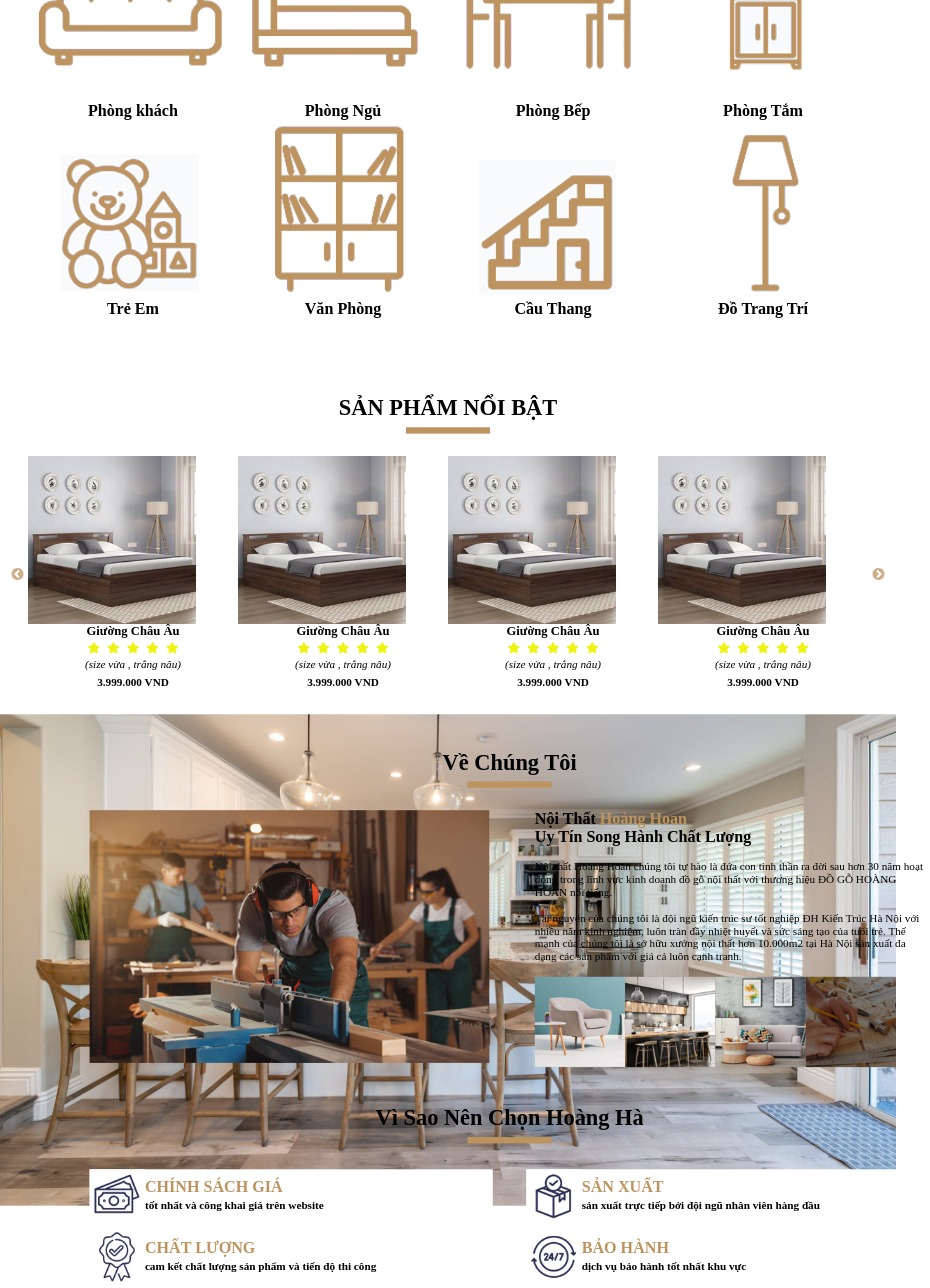
Repository: LDDUNG2003/front_end
Page: index.html
These files come from the project's save history. The page is drawn as it stood at one moment and after the next save; the edit follows.
The browser window is 1280 px wide. The page is 1328 px wide, so the pictures cover 1328 px, including what lies to the right of the window. The pictures show the part of the page from y = 738 to 2578 px (the page is 2578 px tall), at 70% of full size.
Some web libraries are served in a nearby version.

Above is the page before, as saved 2023-08-29 10:59:13.

### index.html
<!DOCTYPE html>
<html lang="en">

<head>
    <meta charset="UTF-8">
    <meta name="viewport" content="width=device-width, initial-scale=1.0">
    <title>Document</title>
    <link rel="stylesheet" href="https://cdnjs.cloudflare.com/ajax/libs/font-awesome/6.4.2/css/all.min.css" integrity="sha512-z3gLpd7yknf1YoNbCzqRKc4qyor8gaKU1qmn+CShxbuBusANI9QpRohGBreCFkKxLhei6S9CQXFEbbKuqLg0DA==" crossorigin="anonymous" referrerpolicy="no-referrer"
    />
    <link rel="stylesheet" type="text/css" href="//cdn.jsdelivr.net/npm/slick-carousel@1.8.1/slick/slick.css" />
    <link rel="stylesheet" type="text/css" href="//cdn.jsdelivr.net/npm/slick-carousel@1.8.1/slick/slick-theme.css" />
    <link rel="stylesheet" href="./public/css/base.css">
    <link rel="stylesheet" href="./public/css/home.css">
    <script src="https://kit.fontawesome.com/9ffed7d99e.js" crossorigin="anonymous"></script>
</head>

<>
    <div class="main">
        <div class="header">
            <div class="navBar">
                <img src="./public/img/logo.png" alt="logo" class="logo">
                <ul class="navBar__list">
                    <li class="navBar__list-item"><a href="" class="navBar__list--link">trang chủ</a></li>
                    <li class="navBar__list-item">
                        <a href="" class="navBar__list--link">giới thiệu</a>
                    </li>
                    <li class="navBar__list-item">
                        <a href="" class="navBar__list--link">sản phẩm</a>
                    </li>
                    <li class="navBar__list-item">
                        <a href="" class="navBar__list--link">đối tác</a>
                    </li>
                    <li class="navBar__list-item">
                        <a href="" class="navBar__list--link">tin tức</a>
                    </li>
                    <li class="navBar__list-item">
                        <a href="" class="navBar__list--link">liên hệ</a>
                    </li>
                </ul>
            </div>
        </div>
        <div class="content">
            <div class="content__banner">
                <div class="content--list-image">
                    <img class="content--image" src="./public/img/banner.png" alt="">
                </div>
                <div class="banner--content">
                    <h2 class="banner--content-text-title">THẾ GIỚI NỘI THẤT SỐ 1 VIỆT NAM</h2>
                    <h2 class="banner--content-text-title" style="color: var(--primary-color)">hoàng hoan</h2>
                    <p class="banner--content-text">Sứ mệnh của chúng tôi là kết hợp hài hòa giữa ý tưởng và mong muốn của khách hàng, đem lại những phút giây thư giãn tuyệt vời bên gia đình và những người thân yêu.</p>
                    <button class="banner--button">LIÊN HỆ NGAY</button>
                </div>
            </div>
            <div class="content__focut">
                <ul class="focut--list">
                    <li class="focut--item">
                        <img src="./public/img/product/icon-phong-khach.png" alt="" class="focut--img">
                        <h6 class="focut--text">Phòng khách</h6>
                    </li>
                    <li class="focut--item">
                        <img src="./public/img/product/icon-phong-ngu.png" alt="" class="focut--img">
                        <h6 class="focut--text">Phòng Ngủ</h6>
                    </li>
                    <li class="focut--item">
                        <img src="./public/img/product/icon-phong-bep.png" alt="" class="focut--img">
                        <h6 class="focut--text">Phòng Bếp</h6>
                    </li>
                    <li class="focut--item">
                        <img src="./public/img/product/icon-phong-tam.png" alt="" class="focut--img">
                        <h6 class="focut--text">Phòng Tắm</h6>
                    </li>
                    <li class="focut--item">
                        <img src="./public/img/product/icon-tre-em.png" alt="" class="focut--img">
                        <h6 class="focut--text">Trẻ Em</h6>
                    </li>
                    <li class="focut--item">
                        <img src="./public/img/product/icon-van-phong.png" alt="" class="focut--img">
                        <h6 class="focut--text">Văn Phòng</h6>
                    </li>
                    <li class="focut--item">
                        <img src="./public/img/product/icon-cau-thang.png" alt="" class="focut--img">
                        <h6 class="focut--text">Cầu Thang</h6>
                    </li>
                    <li class="focut--item">
                        <img src="./public/img/product/icon-do-trang-tri.png" alt="" class="focut--img">
                        <h6 class="focut--text">Đồ Trang Trí</h6>
                    </li>
                </ul>
            </div>
            <div class="content__featured">
                <h2 class="content--title">SẢN PHẨM NỔI BẬT</h2>
                <ul class="featured--list" data-slick='{"slidesToShow": 4, "slidesToScroll": 4}'>
                    <li class="featured--item">
                        <img src="./public/img/featured/giuong-ngu.png" alt="" class="featured--img">
                        <div class="featured--content">
                            <h5 class="featured-name">Giường Châu Âu</h5>
                            <ul class="evaluate--list">
                                <li><i class="fa-solid fa-star" style="color: #eff312;"></i></li>
                                <li><i class="fa-solid fa-star" style="color: #eff312;"></i></li>
                                <li><i class="fa-solid fa-star" style="color: #eff312;"></i></li>
                                <li><i class="fa-solid fa-star" style="color: #eff312;"></i></li>
                                <li><i class="fa-solid fa-star" style="color: #eff312;"></i></li>
                            </ul>
                            <i class="note-product">(size vừa , trắng nâu)</i>
                            <p class="price-product">3.999.000 VND</p>
                        </div>
                    </li>
                    <li class="featured--item">
                        <img src="./public/img/featured/giuong-ngu.png" alt="" class="featured--img">
                        <div class="featured--content">
                            <h5 class="featured-name">Giường Châu Âu</h5>
                            <ul class="evaluate--list">
                                <li><i class="fa-solid fa-star" style="color: #eff312;"></i></li>
                                <li><i class="fa-solid fa-star" style="color: #eff312;"></i></li>
                                <li><i class="fa-solid fa-star" style="color: #eff312;"></i></li>
                                <li><i class="fa-solid fa-star" style="color: #eff312;"></i></li>
                                <li><i class="fa-solid fa-star" style="color: #eff312;"></i></li>
                            </ul>
                            <i class="note-product">(size vừa , trắng nâu)</i>
                            <p class="price-product">3.999.000 VND</p>
                        </div>
                    </li>
                    <li class="featured--item">
                        <img src="./public/img/featured/giuong-ngu.png" alt="" class="featured--img">
                        <div class="featured--content">
                            <h5 class="featured-name">Giường Châu Âu</h5>
                            <ul class="evaluate--list">
                                <li><i class="fa-solid fa-star" style="color: #eff312;"></i></li>
                                <li><i class="fa-solid fa-star" style="color: #eff312;"></i></li>
                                <li><i class="fa-solid fa-star" style="color: #eff312;"></i></li>
                                <li><i class="fa-solid fa-star" style="color: #eff312;"></i></li>
                                <li><i class="fa-solid fa-star" style="color: #eff312;"></i></li>
                            </ul>
                            <i class="note-product">(size vừa , trắng nâu)</i>
                            <p class="price-product">3.999.000 VND</p>
                        </div>
                    </li>
                    <li class="featured--item">
                        <img src="./public/img/featured/giuong-ngu.png" alt="" class="featured--img">
                        <div class="featured--content">
                            <h5 class="featured-name">Giường Châu Âu</h5>
                            <ul class="evaluate--list">
                                <li><i class="fa-solid fa-star" style="color: #eff312;"></i></li>
                                <li><i class="fa-solid fa-star" style="color: #eff312;"></i></li>
                                <li><i class="fa-solid fa-star" style="color: #eff312;"></i></li>
                                <li><i class="fa-solid fa-star" style="color: #eff312;"></i></li>
                                <li><i class="fa-solid fa-star" style="color: #eff312;"></i></li>
                            </ul>
                            <i class="note-product">(size vừa , trắng nâu)</i>
                            <p class="price-product">3.999.000 VND</p>
                        </div>
                    </li>
                    <li class="featured--item">
                        <img src="./public/img/featured/giuong-ngu.png" alt="" class="featured--img">
                        <div class="featured--content">
                            <h5 class="featured-name">Giường Châu Âu</h5>
                            <ul class="evaluate--list">
                                <li><i class="fa-solid fa-star" style="color: #eff312;"></i></li>
                                <li><i class="fa-solid fa-star" style="color: #eff312;"></i></li>
                                <li><i class="fa-solid fa-star" style="color: #eff312;"></i></li>
                                <li><i class="fa-solid fa-star" style="color: #eff312;"></i></li>
                                <li><i class="fa-solid fa-star" style="color: #eff312;"></i></li>
                            </ul>
                            <i class="note-product">(size vừa , trắng nâu)</i>
                            <p class="price-product">3.999.000 VND</p>
                        </div>
                    </li>
                </ul>
            </div>
            <div class="about__us">
                <div class="about--background">
                    <img src="./public/img/about/bg-about-us.jpg" alt="">
                </div>
                <div class="about__us-bag">
                    <div class="about-bag">
                        <div class="about__content ">
                            <h2 class="content--title ">Về Chúng Tôi</h2>
                            <div class="about--block ">
                                <div class="about--content ">
                                    <img src="./public/img/about/ve-chung-toi.jpg" alt=" ">
                                </div>
                                <div class="about--content ">
                                    <h4 class="about--content--title">Nội Thất <span style="color:var(--primary-color);">Hoàng Hoan</span>
                                        <br> Uy Tín Song Hành Chất Lượng
                                    </h4>
                                    <div class="about--text--list">
                                        <p class="about--text">Nội thất Hoàng Hoan chúng tôi tự hào là đứa con tinh thần ra đời sau hơn 30 năm hoạt động trong lĩnh vực kinh doanh đồ gỗ nội thất với thương hiệu ĐỒ GỖ HOÀNG HOAN nổi tiếng.</p>
                                        <p class="about--text">Tài nguyên của chúng tôi là đội ngũ kiến trúc sư tốt nghiệp ĐH Kiến Trúc Hà Nội với nhiều năm kinh nghiệm, luôn tràn đầy nhiệt huyết và sức sáng tạo của tuổi trẻ. Thế mạnh của chúng tôi là sở hữu xưởng nội thất
                                            hơn 10.000m2 tại Hà Nội sản xuất đa dạng các sản phẩm với giá cả luôn cạnh tranh.</p>
                                    </div>
                                    <ul class="about--list">
                                        <li class="about--item">
                                            <img src="./public/img/about/ve-chung-toi-1.jpg" alt="" class="about--img">
                                        </li>
                                        <li class="about--item">
                                            <img src="./public/img/about/ve-chung-toi-2.jpg" alt="" class="about--img">
                                        </li>
                                        <li class="about--item">
                                            <img src="./public/img/about/ve-chung-toi-3.jpg" alt="" class="about--img">
                                        </li>
                                        <li class="about--item">
                                            <img src="./public/img/about/ve-chung-toi-4.jpg" alt="" class="about--img">
                                        </li>
                                    </ul>
                                </div>
                            </div>
                        </div>
                        <div class="about__content ">
                            <h2 class="content--title ">Vì Sao Nên Chọn Hoàng Hà</h2>
                            <div class="choose__choose">
                                <ul class="choose--list">
                                    <li class="choose--item">
                                        <img src="./public/img/about/chinh-sach.jpg" alt="" class="choose-image">
                                        <div class="choose-contain">
                                            <h6 class="choose--content-title">Chính Sách Giá</h6>
                                            <p class="choose--text">tốt nhất và công khai giá trên website</p>
                                        </div>
                                    </li>
                                    <li class="choose--item">
                                        <img src="./public/img/about/san-pham.jpg" alt="" class="choose-image">
                                        <div class="choose-contain">
                                            <h6 class="choose--content-title">sản xuất</h6>
                                            <p class="choose--text">sản xuất trực tiếp bởi đội ngũ nhân viên hàng đầu</p>
                                        </div>
                                    </li>
                                    <li class="choose--item">
                                        <img src="./public/img/about/chat-luong.jpg" alt="" class="choose-image">
                                        <div class="choose-contain">
                                            <h6 class="choose--content-title">chất lượng</h6>
                                            <p class="choose--text">cam kết chất lượng sản phẩm và tiến độ thi công</p>
                                        </div>
                                    </li>
                                    <li class="choose--item">
                                        <img src="./public/img/about/bao-hanh.jpg " alt="" class="choose-image">
                                        <div class="choose-contain">
                                            <h6 class="choose--content-title">bảo hành</h6>
                                            <p class="choose--text">dịch vụ bảo hành tốt nhất khu vực</p>
                                        </div>
                                    </li>
                                </ul>
                            </div>
                        </div>
                    </div>
                </div>
            </div>
        </div>
        <div class="footer "></div>
    </div>
    <script type="text/javascript " src="//code.jquery.com/jquery-1.11.0.min.js "></script>
    <script type="text/javascript " src="//code.jquery.com/jquery-migrate-1.2.1.min.js "></script>
    <script type="text/javascript " src="//cdn.jsdelivr.net/npm/slick-carousel@1.8.1/slick/slick.min.js "></script>
    <script>
        $(document).ready(function() {
            $('.featured--list').slick();
        });
    </script>
    </body>

</html>

### public/css/base.css
* {
    padding: 0px;
    margin: 0px;
    font-family: "gotham-family";
}

:root {
    --primary-color: #bd945f;
    --text-color: #222222;
}


/* font setting */

@font-face {
    font-family: "gotham-family";
    src: url(../front/Gotham-Medium.otf);
    font-family: "gotham-linear";
    src: url(../front/Gotham-Thin.otf);
    font-family: "gotham-utral";
    src: url(../front/Gotham-Ultra.otf);
}

.main {
    width: 100%;
}

.header {
    padding: 10px 0px;
    margin: auto;
    width: 100%;
    max-width: 1200px;
}

.navBar {
    display: flex;
    width: 100%;
    justify-content: space-between;
}

.logo {
    height: 80px;
}

.navBar__list {
    display: flex;
    list-style: none;
    align-items: center;
}

.navBar__list-item {
    margin: 0 10px;
}

.navBar__list--link {
    text-transform: uppercase;
    font-size: 16px;
    color: var(--text-color);
    text-decoration: none;
}

.featured--content {}

.featured-name {
    font-size: 18px;
    text-transform: capitalize;
}

.evaluate--list {
    list-style: none;
    display: flex;
    justify-content: center;
}

.evaluate--list li {
    padding: 5px;
    margin: 0;
}

.note-product {}

.price-product {
    padding: 7px 0px;
    font-weight: 800;
    font-size: 16px;
}

.slick-prev:before,
.slick-next:before {
    color: var(--primary-color);
    width: 15px;
}

### public/css/home.css
.content {
    width: 100%;
    max-width: 1500px;
    margin: auto;
}

.content__banner {
    width: 100%;
    position: relative;
}

.content--list-image {
    width: 100%;
    max-width: 1500px;
    margin: auto;
}

.content--image {
    width: 100%;
}

.banner--content {
    position: absolute;
    top: 10%;
    left: 15%;
}

.banner--content-text-title {
    text-transform: uppercase;
    font-family: 800;
    font-family: "gotham-utral";
    font-size: 25px;
}

.banner--content-text {
    font-size: 18px;
    color: var(--text-color);
    width: 420px;
}

.banner--button {
    padding: 20px;
    color: aliceblue;
    background-color: var(--primary-color);
    border: none;
    font-family: "gotham-utral";
    font-size: 18px;
    cursor: pointer;
}

.content__focut {
    position: relative;
    background-color: #ffffff;
    top: -60px;
    max-width: 1200px;
    width: 100%;
    margin: auto;
}

.focut--list {
    margin: auto;
    display: flex;
    width: 100%;
    list-style: none;
    flex-wrap: wrap;
}

.focut--item {
    width: 25%;
    text-align: center;
}

.focut--img {
    width: 100%;
}

.focut--text {
    text-align: center;
    font-size: 23px;
}

.content--title {
    font-size: 32px;
    padding: 50px 0px;
    text-align: center;
    position: relative;
}

.content--title::before {
    content: '';
    background-color: var(--primary-color);
    width: 120px;
    height: 9px;
    position: absolute;
    top: 70%;
    right: 45%;
}

.content__featured {
    width: 100%;
    max-width: 1200px;
    margin: auto;
    padding-bottom: 30px;
}

.featured--list {
    width: 100%;
    list-style: none;
    display: flex;
    text-align: center;
}

.featured--item {}

.featured--img {
    width: 80%;
}

.about__us {
    width: 100%;
    max-width: 1500px;
    margin: auto;
    position: relative;
}

.about--background {
    width: 100%;
}

.about--background img {
    width: 100%;
    filter: drop-shadow(1);
}

.about__us-bag {
    position: absolute;
    top: 0px;
    width: 100%;
    max-width: 1200px;
    left: 10%;
}

.about__content {
    width: 100%;
}

.about--block {
    display: flex;
    justify-content: space-between;
}

.about--content {
    width: 47%;
}

.about--content--title {
    font-size: 23px;
}

.about--text--list {
    font-size: 16px;
    padding: 10px 0px;
}

.about--text {
    padding: 10px 0px;
}

.about--list {
    list-style: none;
    display: flex;
}

.about--item {}

.about--img {}

.choose__choose {
    width: 100%;
}

.choose--list {
    list-style: none;
    display: flex;
    flex-wrap: wrap;
    justify-content: space-between;
}

.choose--item {
    align-items: center;
    margin: 5px 0px;
    width: 48%;
    display: flex;
    background-color: #ffffff;
}

.choose-contain {}

.choose--content-title {
    color: var(--primary-color);
    font-size: 23px;
    text-transform: uppercase;
    font-weight: 800;
}

.choose--text {
    font-weight: 700;
    font-size: 16px;
    padding: 5px 0px;
}

After the next save:
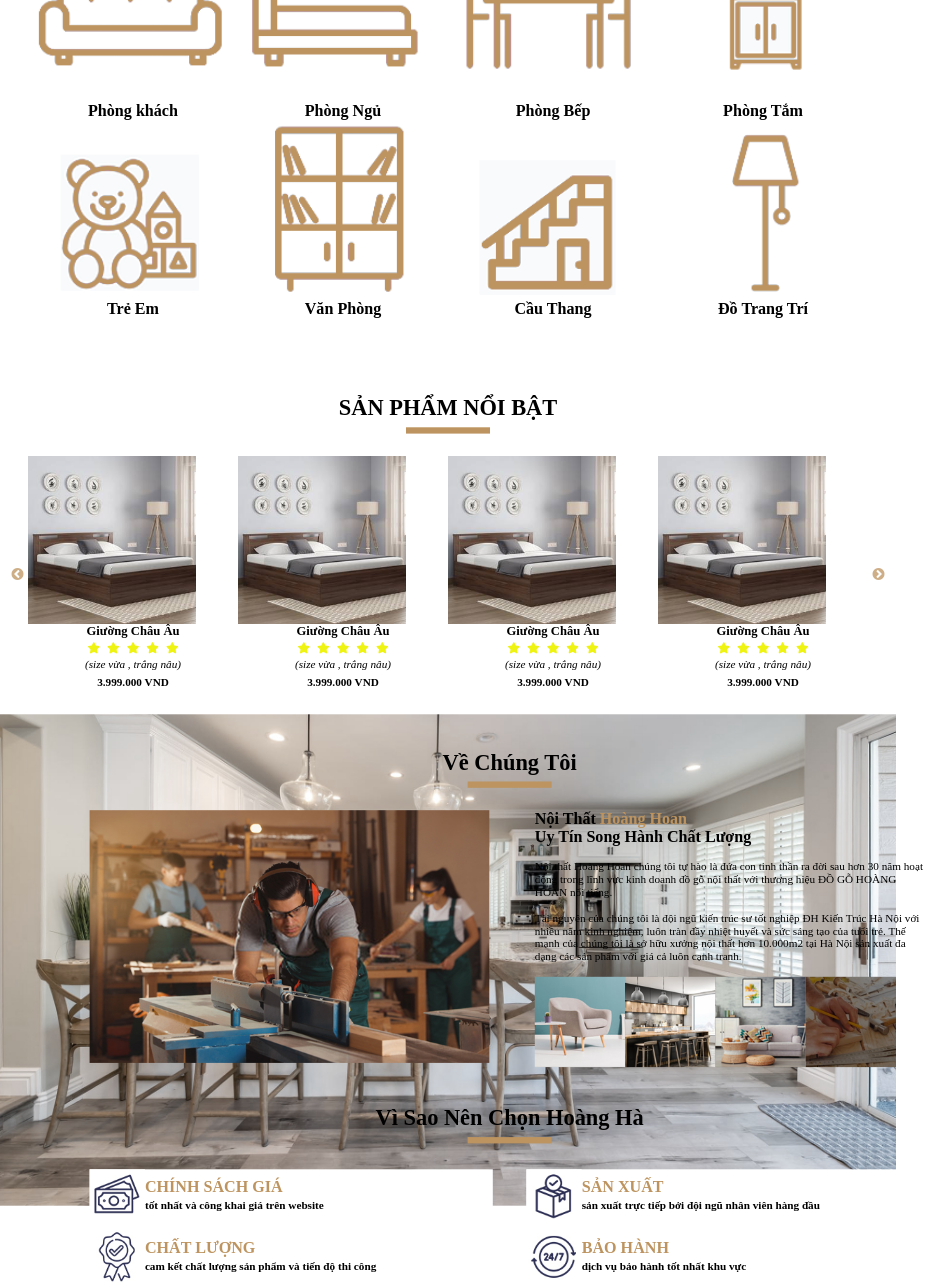
Saved 47 s later.
--- a/public/css/home.css
+++ b/public/css/home.css
@@ -129,7 +129,7 @@
 
 .about--background img {
     width: 100%;
-    filter: drop-shadow(1);
+    filter: grayscale(50%);
 }
 
 .about__us-bag {
